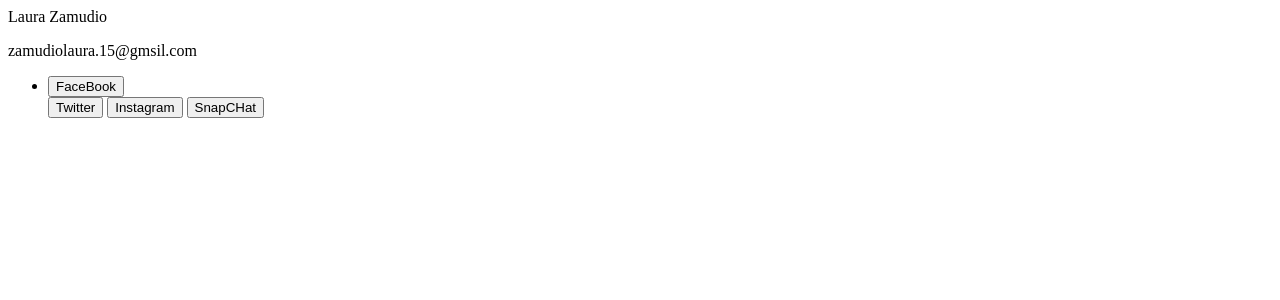
Repository: ZamlZam/LINK.
Page: index.html
An editor plug-in stored every save of this project. The page is shown before and after the next save, followed by the edit.
The browser window is 1280 px wide. The pictures show the whole page.

Above is the page before, as saved 2023-04-16 15:33:37.

After the next save:
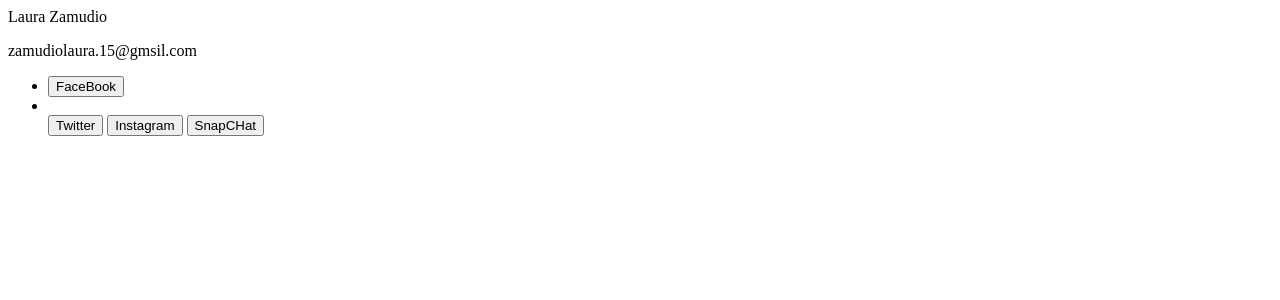
Saved 4 s later.
--- a/index.html
+++ b/index.html
@@ -12,7 +12,7 @@
   <ul class="links">
  <div class="d-grid gap-2 col-6 mx-auto">
   <li><button class="btn btn-primary" type="button">FaceBook</button></li>
-  <button class="btn btn-primary" type="button">Twitter</button></li>
+ <li></li> <button class="btn btn-primary" type="button">Twitter</button></li>
   <button class="btn btn-primary" type="button">Instagram</button>
   <button class="btn btn-primary" type="button">SnapCHat</button>
 </div>
